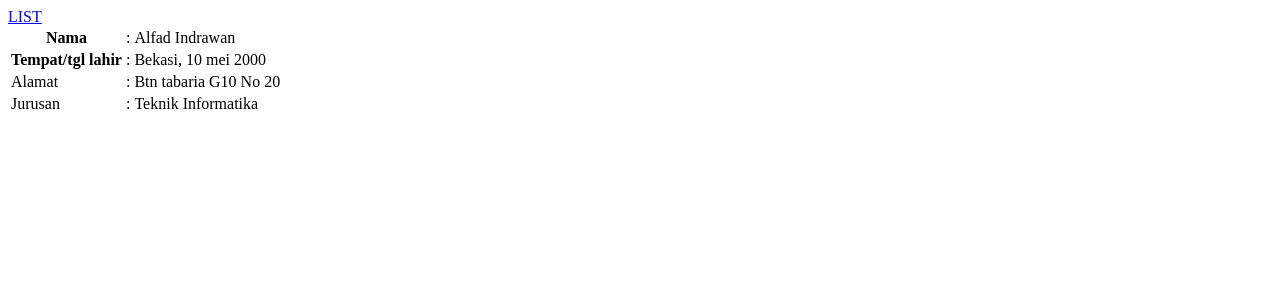
Repository: alfadindrawan/CRUD-ExpressJs
Page: http://localhost/bio
An editor plug-in stored every save of this project. The page is shown before and after the next save, followed by the edit.
The browser window is 1280 px wide. The pictures show the whole page.
The page is served by the project's Node server (app.js).

Above is the page before, as saved 2021-10-06 12:52:18.

After the next save:
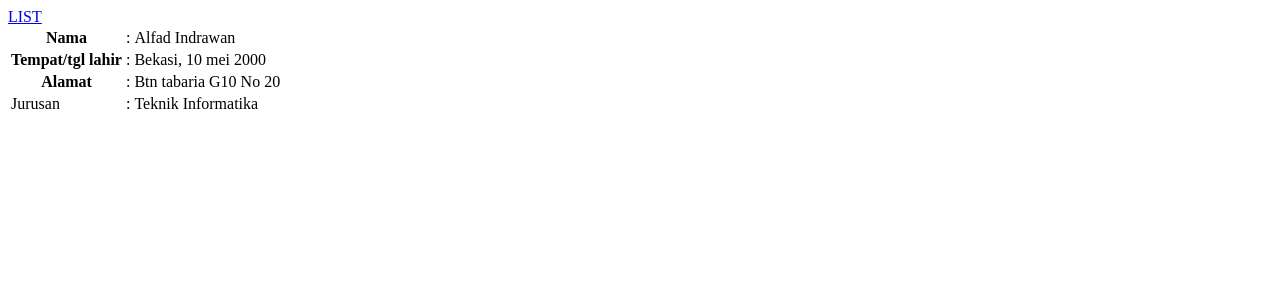
Saved 4 s later.
--- a/views/bio.ejs
+++ b/views/bio.ejs
@@ -27,7 +27,7 @@
           </tr>
 
           <tr>
-              <td>Alamat</td>
+              <th>Alamat</th>
               <td>:</td>
               <td>Btn tabaria G10 No 20</td>
           </tr>
